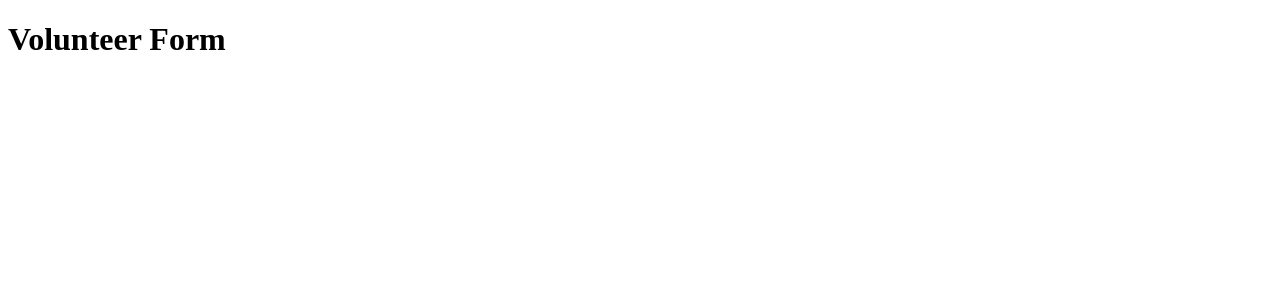
Repository: rishondass/ITMD361-Lab4
Page: index.html
These files come from the project's save history. The page is drawn as it stood at one moment and after the next save; the edit follows.
The browser window is 1280 px wide. The pictures show the whole page.

Above is the page before, as saved 2023-01-13 14:46:38.

After the next save:
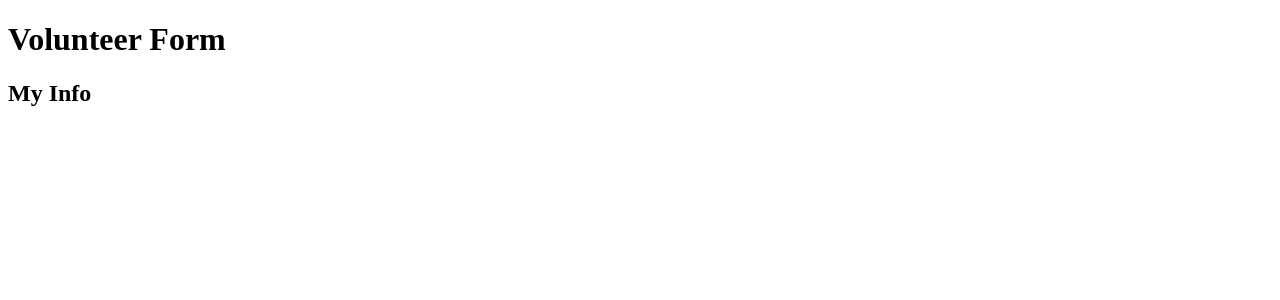
Saved 33 s later.
--- a/index.html
+++ b/index.html
@@ -10,5 +10,8 @@
     <h1>
         Volunteer Form
     </h1>
+    <h2>
+        My Info
+    </h2>
 </body>
 </html>
